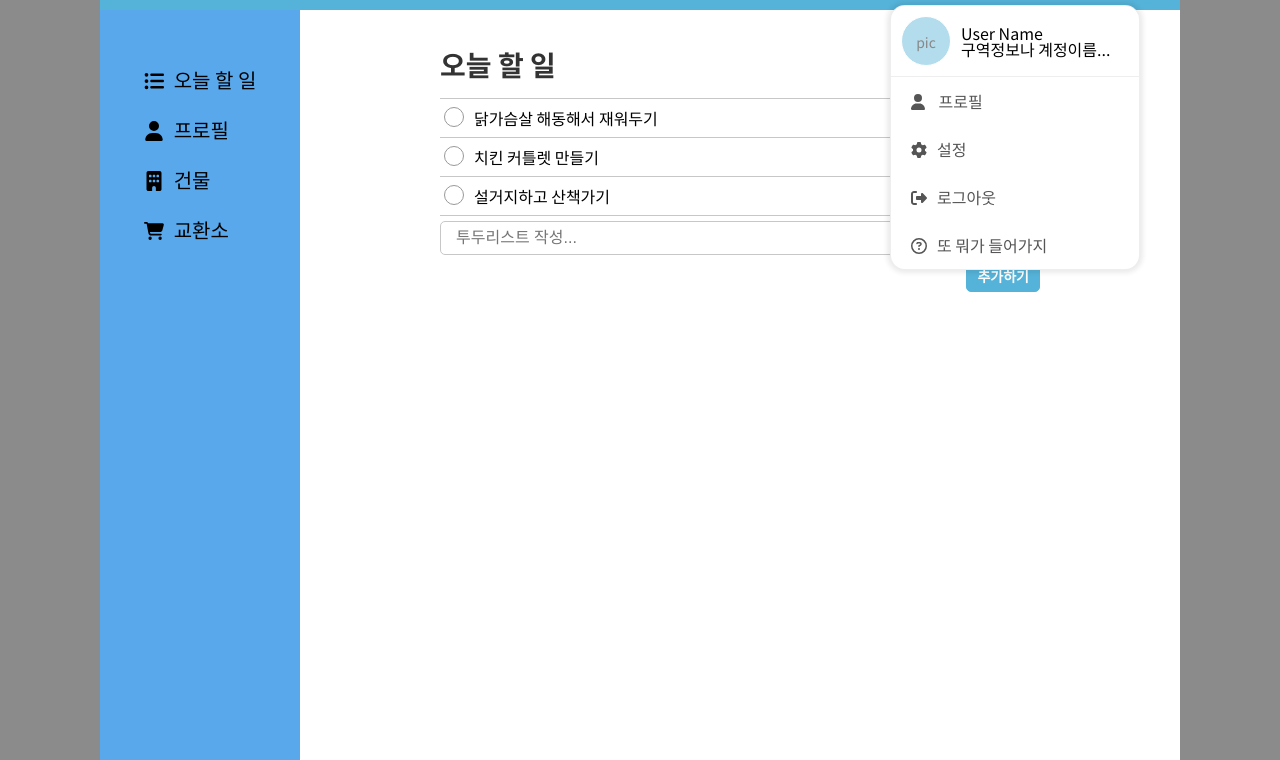
Repository: sunoo-lee/toVillage-old
Page: /
These files come from the project's save history. The page is drawn as it stood at one moment and after the next save; the edit follows.
The browser window is 1280 px wide. The pictures show the whole page.
The project was rebuilt for these pictures with package versions that can differ from the ones it lists, and the page was loaded fresh each time. Also part of the build but not shown: src/routes/Auth.js, src/components/MyProfile.js, src/routes/Profile.js, src/components/Area.module.css, src/components/Area.js, src/routes/Building.js, src/components/TradingShop.module.css, src/components/TradingShop.js and 1 more.

Above is the page before, as saved 2022-10-13 04:20:55.

### src/components/App.js
import React, { useState } from "react";
import AppRouter from "./Router";

function App() {
  const [isLoggedIn, setIsLoggedIn] = useState(true);
  const onClick = () => {
    setIsLoggedIn(!isLoggedIn);
  };

  const [isDropdown, setIsDropdown] = useState(true);
  const [isNav, setIsNav] = useState(true);
  const toggleDropdown = () => {
    setIsDropdown(!isDropdown);
    console.log("dropdown: " + isDropdown);
  };
  const toggleNav = () => {
    setIsNav(!isNav);
    console.log("Nav: " + isNav);
  };
  return (
    <>
      <AppRouter
        toggleDropdown={toggleDropdown}
        isDropdown={isDropdown}
        toggleNav={toggleNav}
        isNav={isNav}
        onClick={onClick}
        isLoggedIn={isLoggedIn}
      />
    </>
  );
}

export default App;

### src/style.css
@import url("https://fonts.googleapis.com/css2?family=Noto+Sans+KR:wght@400;500;700&display=swap");

* {
  box-sizing: border-box;
}

html,
body {
  padding: 0;
  margin: 0;
  font-family: "Noto Sans KR", -apple-system, BlinkMacSystemFont, Segoe UI,
    Roboto, Oxygen, Ubuntu, Cantarell, Fira Sans, Droid Sans, Helvetica Neue,
    sans-serif;
}

body {
  display: flex;
  justify-content: center;
  align-items: center;
  height: 800px;
  width: 1080px;
  margin: auto;
  height: 100vh;
  background-color: #9dbac7;
  background-color: #8b8b8b;
}

.container {
  background-color: aliceblue;
  background-color: #ffffff;
  min-width: 600px;
  width: 1080px;
  height: 800px;
  padding-left: 200px;
  padding-top: 50px;
  display: flex;
  justify-content: center;
}

### src/components/Router.js
import { HashRouter as Router, Routes, Route } from "react-router-dom";
import Auth from "../routes/Auth";
import Home from "../routes/Home";
import Profile from "../routes/Profile";
import Building from "../routes/Building";
import Trade from "../routes/Trade";
import Header from "./Header";
import Navigation from "./Navigation";

const AppRouter = ({
  toggleDropdown,
  isDropdown,
  toggleNav,
  isNav,
  onClick,
  isLoggedIn,
}) => {
  return (
    <Router>
      {isLoggedIn}
      <Header
        toggleDropdown={toggleDropdown}
        isDropdown={isDropdown}
        toggleNav={toggleNav}
      />
      <Navigation isNav={isNav} />
      <Routes>
        {isLoggedIn ? (
          <>
            <Route
              exact
              path="/"
              element={<Home onClick={onClick} isLoggedIn={isLoggedIn} />}
            />
            <Route path="/profile" element={<Profile />} />
            <Route path="/building" element={<Building />} />
            <Route path="/trade" element={<Trade />} />
          </>
        ) : (
          <>
            <Route exact path="/" element={<Auth />} />
          </>
        )}
      </Routes>
    </Router>
  );
};

export default AppRouter;

### src/routes/Home.js
import React from "react";
import Main from "../components/Main";

const Home = () => {
  return (
    <>
      <div className={"container"}>
        <Main />
      </div>
    </>
  );
};

export default Home;

### src/components/Header.js
import { React, useState } from "react";
import styles from "./Header.module.css";
import { FontAwesomeIcon } from "@fortawesome/react-fontawesome";
import { faBars, faUser } from "@fortawesome/free-solid-svg-icons";
import Dropdown from "./Dropdown";

const Header = ({ toggleDropdown, isDropdown, toggleNav }) => {
  return (
    <header id={styles.header}>
      <div className={styles.container}>
        <div className={styles.header_left}>
          <button onClick={toggleNav} className={styles.toggle_btn}>
            <FontAwesomeIcon icon={faBars} />
          </button>
        </div>
        <div className={styles.header_center}>
          {/* {new Date().getFullYear()}/{new Date().getMonth() + 1}/
        {new Date().getDate()} */}
        </div>
        <div className={styles.header_right}>
          <button onClick={toggleDropdown}>
            <FontAwesomeIcon icon={faUser} />
          </button>
          {isDropdown ? <Dropdown /> : <></>}
        </div>
      </div>
    </header>
  );
};

export default Header;

### src/components/Navigation.js
import { React } from "react";
import { Link } from "react-router-dom";
// import MiniProfile from "./MiniProfile";
import styles from "./Navigation.module.css";
import { FontAwesomeIcon } from "@fortawesome/react-fontawesome";
import {
  faUser,
  faBuilding,
  faCartShopping,
  faListUl,
} from "@fortawesome/free-solid-svg-icons";

const Navigation = ({ isNav }) => {
  if (isNav) {
  }
  return (
    <nav className={isNav ? `${styles.nav} ${styles.nav_active}` : styles.nav}>
      {/* <MiniProfile /> */}
      <div className={styles.container}>
        <ul>
          <li>
            <Link to="/">
              <FontAwesomeIcon icon={faListUl} />
              <span>오늘 할 일</span>
            </Link>
          </li>
          <li>
            <Link to="/profile">
              <FontAwesomeIcon icon={faUser} />
              <span>프로필</span>
            </Link>
          </li>
          <li>
            <Link to="/building">
              <FontAwesomeIcon icon={faBuilding} />
              <span>건물</span>
            </Link>
          </li>
          <li>
            <Link to="/trade">
              <FontAwesomeIcon icon={faCartShopping} />
              <span>교환소</span>
            </Link>
          </li>
        </ul>
        {/* <button onClick={onClick}>SIGN OUT</button> */}
      </div>
    </nav>
  );
};

export default Navigation;

### src/components/Main.js
import React, { useState, useEffect } from "react";
import { FontAwesomeIcon } from "@fortawesome/react-fontawesome";
import { faTrash, faPencilAlt } from "@fortawesome/free-solid-svg-icons";
import styles from "./Main.module.css";
import Todo from "./Todo";
import AddForm from "./AddForm";

const Main = () => {
  const [toDo, setToDo] = useState("");
  const [toDos, setToDos] = useState([]);

  useEffect(() => {
    const item = localStorage.getItem("list");
    if (item) {
      setToDos(item);
    } else
      setToDos([
        "닭가슴살 해동해서 재워두기",
        "치킨 커틀렛 만들기",
        "설거지하고 산책가기",
      ]);
  }, []);
  const onChange = (event) => setToDo(event.target.value);
  const onSubmit = async (event) => {
    event.preventDefault();
    if (toDo === "") {
      return;
    }
    await setToDos((currentArray) => [...currentArray, toDo]);
    setToDo("");
  };
  const onDelete = (event) => {
    const li = event.target.parentElement;
    console.dir(event.target.parentElement);
    li.remove();
  };
  const toggleEditing = (event) => console.log(event);
  return (
    <div className={styles.container}>
      <h1>
        <span className={styles.title}>오늘 할 일</span>
      </h1>
      <ul className={styles.list}>
        {toDos.map((item, index) => (
          <Todo
            item={item}
            key={index}
            toggleEditing={toggleEditing}
            onDelete={onDelete}
          />
        ))}
      </ul>
      <AddForm onSubmit={onSubmit} onChange={onChange} toDo={toDo} />
    </div>
  );
};

export default Main;

### src/components/Header.module.css
:root {
  --theme_color: #55b3d9;
}

#header {
  position: absolute;
  width: 1080px;
  z-index: 100;
}

.container {
  background-color: #bce5f5;
  background-color: var(--theme_color);
  width: 100%;
  height: 50px;
  display: flex;
  justify-content: space-between;
  align-items: center;
  padding: 0 40px;
}
.header_left .toggle_btn {
  width: 30px;
  height: 30px;
  border: none;
  outline: none;
  border-radius: 50%;
  background-color: whitesmoke;
  background-color: transparent;
  color: #ffffff;
  cursor: pointer;
  font-size: 1.3rem;
}
.header_center {
  font-weight: 700;
  font-size: 1.4em;
}

.header_right button {
  width: 30px;
  height: 30px;
  border: none;
  outline: none;
  border-radius: 50%;
  background-color: whitesmoke;
  cursor: pointer;
  text-align: center;
  color: var(--theme_color);
}

### src/components/Dropdown.js
import React from "react";
import styles from "./MyProfile.module.css";
import { FontAwesomeIcon } from "@fortawesome/react-fontawesome";
import {
  faUser,
  faGear,
  faRightFromBracket,
} from "@fortawesome/free-solid-svg-icons";
import { faCircleQuestion } from "@fortawesome/free-regular-svg-icons";

const Dropdown = () => (
  <div className={styles.card}>
    <div className={styles.userBx}>
      <div className={styles.imgbx}>pic</div>
      <div className={styles.userinfo}>
        <p>User Name</p>
        <p>구역정보나 계정이름...</p>
      </div>
    </div>
    <ul className={styles.menu}>
      <li>
        <FontAwesomeIcon icon={faUser} /> <span>프로필</span>
      </li>
      <li>
        <FontAwesomeIcon icon={faGear} />
        <span>설정</span>
      </li>
      <li>
        <FontAwesomeIcon icon={faRightFromBracket} />
        <span>로그아웃</span>
      </li>
      <li>
        <FontAwesomeIcon icon={faCircleQuestion} />
        <span>또 뭐가 들어가지</span>
      </li>
    </ul>
  </div>
);

export default Dropdown;

### src/components/Navigation.module.css
.nav {
  width: 200px;
  height: 800px;
  position: absolute;
  z-index: 50;
  padding-top: 50px;
  background-color: #eeeeee;
  display: flex;
  align-items: center;
  flex-direction: column;
  padding: 60px 10px 10px;
}

.nav_active {
  background-color: #58a8eb;
}

.container {
  position: relative;
  margin-top: 10px;
  width: 100%;
  border-radius: 20px;
  padding: 20px 0;
  display: flex;
  flex-direction: column;
  align-items: center;
}
.container ul {
  text-align: left;
}
.container ul li {
  padding: 0 20px;
  height: 40px;
  border-radius: 25px;
  margin: 10px 0;
  transition: 0.2s;
}
.container ul li:hover {
  background-color: var(--theme_color);
}
.container ul li a {
  font-size: 20px;
  color: #696969;
  color: #000000;
  font-weight: 500;
  text-decoration: none;
  line-height: 40px;
}

.container ul li a svg {
  width: 20px;
  margin-right: 10px;
}

.container button {
  position: absolute;
  bottom: 20px;
  padding: 7px 10px;
  border-radius: 5px;
  border: none;
  outline: none;
  font-size: 1em;
  font-weight: 700;
  background-color: #58a8eb;
  color: #ffffff;
  cursor: pointer;
}

### src/components/Main.module.css
:root {
  --theme_color: #55b3d9;
}

.container {
  margin-top: 40px;
  width: 600px;
}

.container h1 {
  margin-bottom: 20px;
}

.title {
  font-size: 28px;
  font-weight: 700;
  color: #333333;
}

.list {
  width: 600px;
  /* margin: 20px 0; */
}

.list .item {
  background-color: #ffffff;
  padding: 5px 0;
  line-height: 28px;
  display: flex;
  align-items: center;
  justify-content: space-between;
  border-bottom: 1px solid #c7c7c7;
}

.list .item:first-child {
  border-top: 1px solid #c7c7c7;
}

.list .item input[type="checkbox"] {
  width: 20px;
  height: 20px;
  border-radius: 50px;
  border: 1px solid #999999;
  appearance: none;
  margin-right: 10px;
}
.list .item input[type="checkbox"]:hover {
  background-color: #b3dcec;
}
.list .item input[type="checkbox"]:checked {
  background: var(--theme_color);
  border: none;
}
.list .item div {
  margin: auto 0;
  display: flex;
}
.list .item div button {
  border-radius: 50%;
  border: none;
  margin: auto 3px;
  height: 24px;
  width: 24px;
  box-shadow: 0 0 3px 0 #00000088;
  background-color: #ffffff;
  color: #333333;
}

.add_form {
  position: relative;
}

.add_form .list_input {
  margin: 5px 0;
  width: 600px;
  font-size: 16px;
  padding: 7px 15px;
  border: 1px solid #c7c7c7;
  border-radius: 5px;
}

.add_form .list_input:focus {
  outline: none;
  border: 1px solid var(--theme_color);
}

.add_form .add_btn {
  display: block;
  position: absolute;
  right: 0;
  font-size: 14px;
  background-color: var(--theme_color);
  border: 1px solid var(--theme_color);
  /* border: none; */
  border-radius: 5px;
  padding: 5px 10px;
  color: #ffffff;
  font-weight: 700;
  cursor: pointer;
}

### src/components/Todo.js
import React from "react";
import { FontAwesomeIcon } from "@fortawesome/react-fontawesome";
import { faTrash, faPencilAlt } from "@fortawesome/free-solid-svg-icons";
import styles from "./Main.module.css";

const Todo = ({ item, index, toggleEditing, onDelete }) => {
  return (
    <li className={styles.item} key={index}>
      <div>
        <input type="checkbox" />
        <span>{item}</span>
      </div>
      <div>
        <button onClick={toggleEditing}>
          <FontAwesomeIcon icon={faPencilAlt} />
        </button>
        <button onClick={onDelete}>
          <FontAwesomeIcon icon={faTrash} />
        </button>
      </div>
    </li>
  );
};

export default Todo;

### src/components/AddForm.js
import React, { memo } from "react";
import styles from "./Main.module.css";

const AddForm = memo(({ onSubmit, onChange, toDo }) => {
  return (
    <form className={styles.add_form} onSubmit={onSubmit}>
      <input
        className={styles.list_input}
        onChange={onChange}
        value={toDo}
        type="text"
        placeholder="투두리스트 작성..."
      />
      <button className={styles.add_btn}>추가하기</button>
    </form>
  );
});

export default AddForm;

### src/components/MyProfile.module.css
:root {
  --border_option: 1px solid #666666;
  /* --border_option: none; */
  --shadow_option: 0 0 5px 1px #00000088;
  --theme_color: #55b3d9;
}
.container {
  display: flex;
  flex-direction: column;
  justify-content: flex-start;
  align-items: center;
  padding: 60px;
}

.pic {
  width: 200px;
  height: 200px;
  background-color: #ffffff;
  border-radius: 50%;
  box-shadow: 0 15px 50px #00000041;
  line-height: 200px;
  text-align: center;
  font-size: 20px;
  color: #888888;
  font-weight: 700;
  margin-bottom: 30px;
}
.nickname {
  color: #666666;
  font-size: 36px;
  font-weight: 700;
  margin-bottom: 20px;
}
.area {
  font-size: 26px;
  font-weight: 700;
  color: #888888;
}
.materials {
  display: flex;
  margin: 40px 0;
}
.materials li {
  margin: 0 10px;
}
.materials div {
  width: 80px;
  height: 80px;
  background-color: #ffffff;
  border-radius: 50%;
  line-height: 80px;
  text-align: center;
  margin-bottom: 10px;
  color: #666666;
  border-radius: 50%;
  background-color: #55b4d975;
  font-size: 1.2em;
  color: #999999;
}
.materials span {
  display: block;
  width: 80px;
  text-align: center;
  font-size: 1.6em;
  color: #555555;
  line-height: 1.2em;
  font-weight: 600;
}
.box_btn {
  border-radius: 5px;
  padding: 16px 20px;
  border: none;
  outline: none;
  font-size: 1.4em;
  font-weight: 700;
  background-color: var(--theme_color);
  color: #ffffff;
  cursor: pointer;
}

/* ----------------------mini profile-------------------------- */

.card {
  position: absolute;
  width: 250px;
  height: 265px;
  background-color: #ffffff;
  border-radius: 15px;
  box-shadow: 0 0 5px 3px #00000015;
  border: 1px solid #00000011;
  overflow: hidden;
  right: 40px;
  top: 45px;
}
.userBx {
  position: relative;
  display: flex;
  align-items: center;
  padding: 10px;
}

.imgbx {
  border: 1px solid #ffffff;
  position: relative;
  width: 50px;
  height: 50px;
  background-color: #b3dcec;
  border-radius: 50%;
  font-size: 14px;
  text-align: center;
  color: #888888;
  line-height: 50px;
  margin-right: 10px;
}

.menu {
  position: absolute;
  width: 100%;
  height: auto;
  border-top: 1px solid #00000011;
}
.menu li {
  padding: 0 20px;
  color: #555555;
  cursor: pointer;
}
.menu li:hover {
  background-color: #c9dee6;
}
.menu li span {
  display: inline-block;
  margin: 16px 10px;
}

Loaded but not shown: public/index.html (common file); src/index.js (common file); src/reset.css (common file)

After the next save:
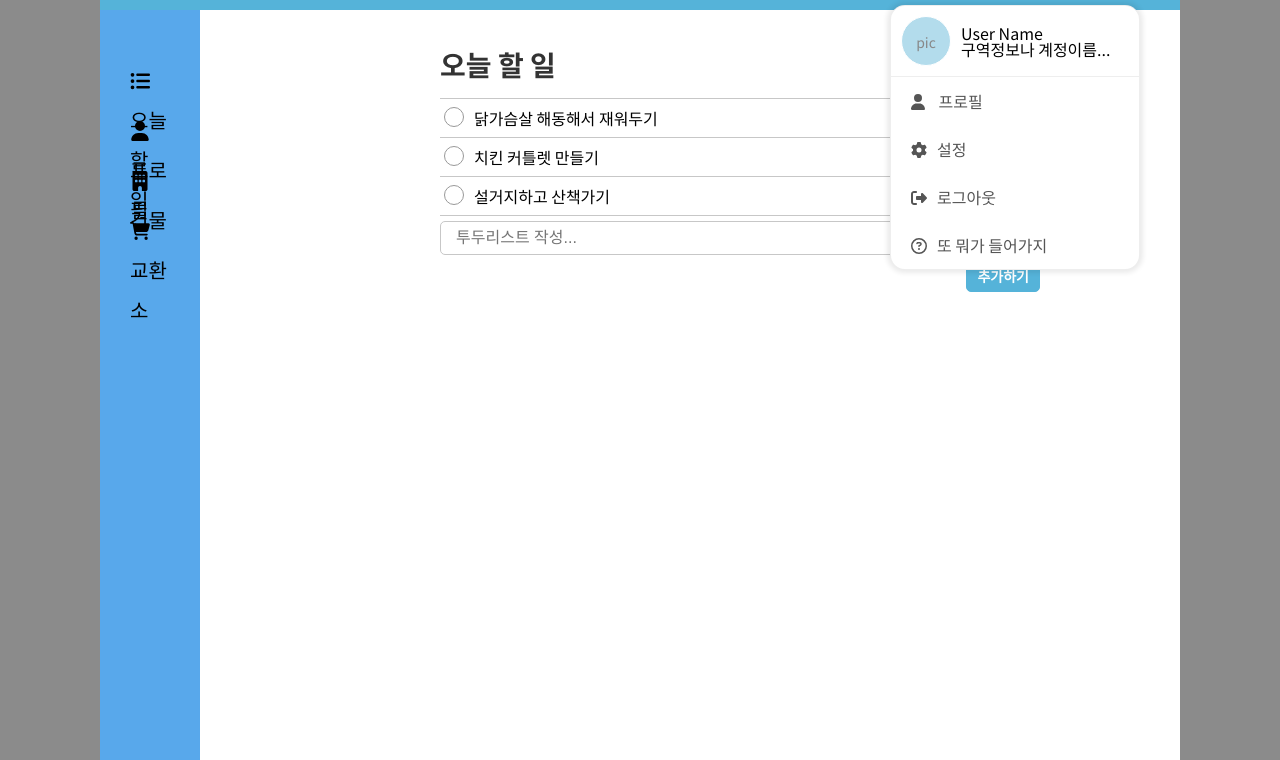
Saved 2 min 25 s later.
--- a/src/components/Navigation.module.css
+++ b/src/components/Navigation.module.css
@@ -1,5 +1,5 @@
 .nav {
-  width: 200px;
+  width: 100px;
   height: 800px;
   position: absolute;
   z-index: 50;

After the 3 saves that followed:
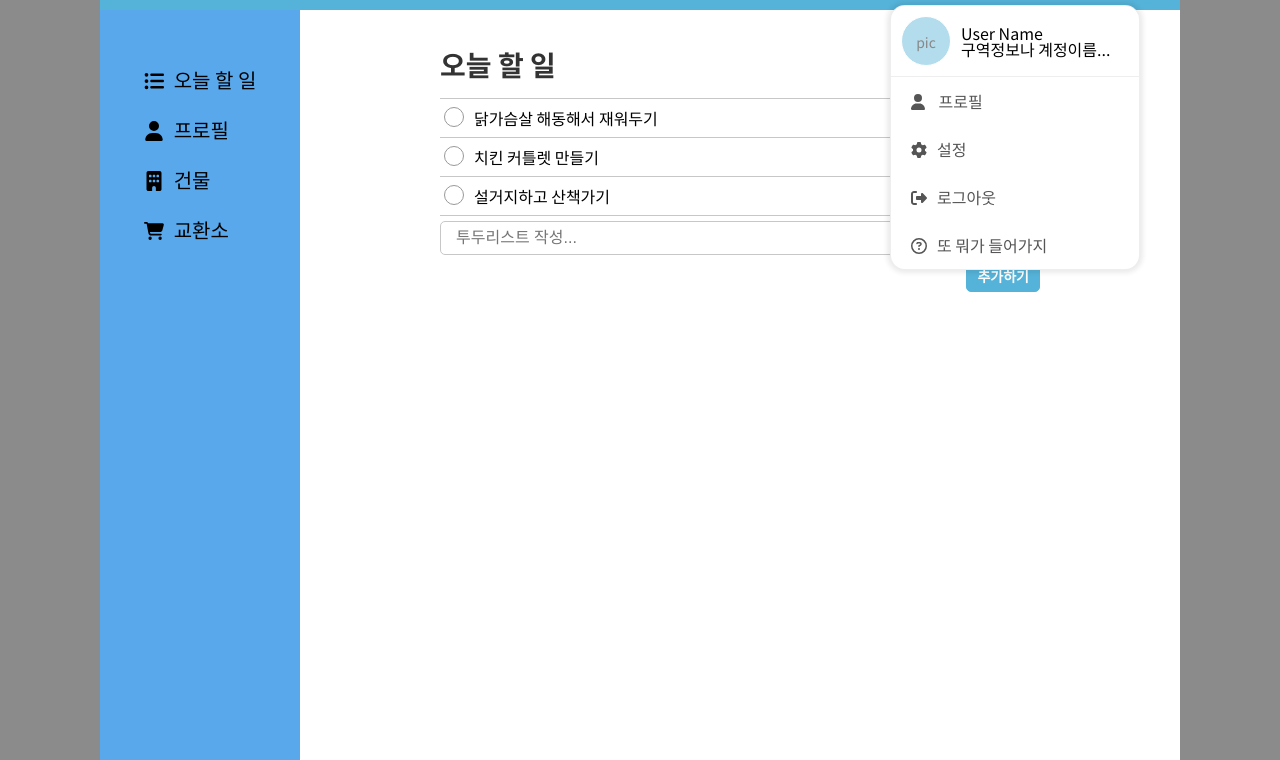
The 3 saves are shown as one change because 2 left the picture as it was.
The last was saved 11 min 27 s later.
--- a/src/components/Navigation.module.css
+++ b/src/components/Navigation.module.css
@@ -1,5 +1,5 @@
 .nav {
-  width: 100px;
+  width: 200px;
   height: 800px;
   position: absolute;
   z-index: 50;
